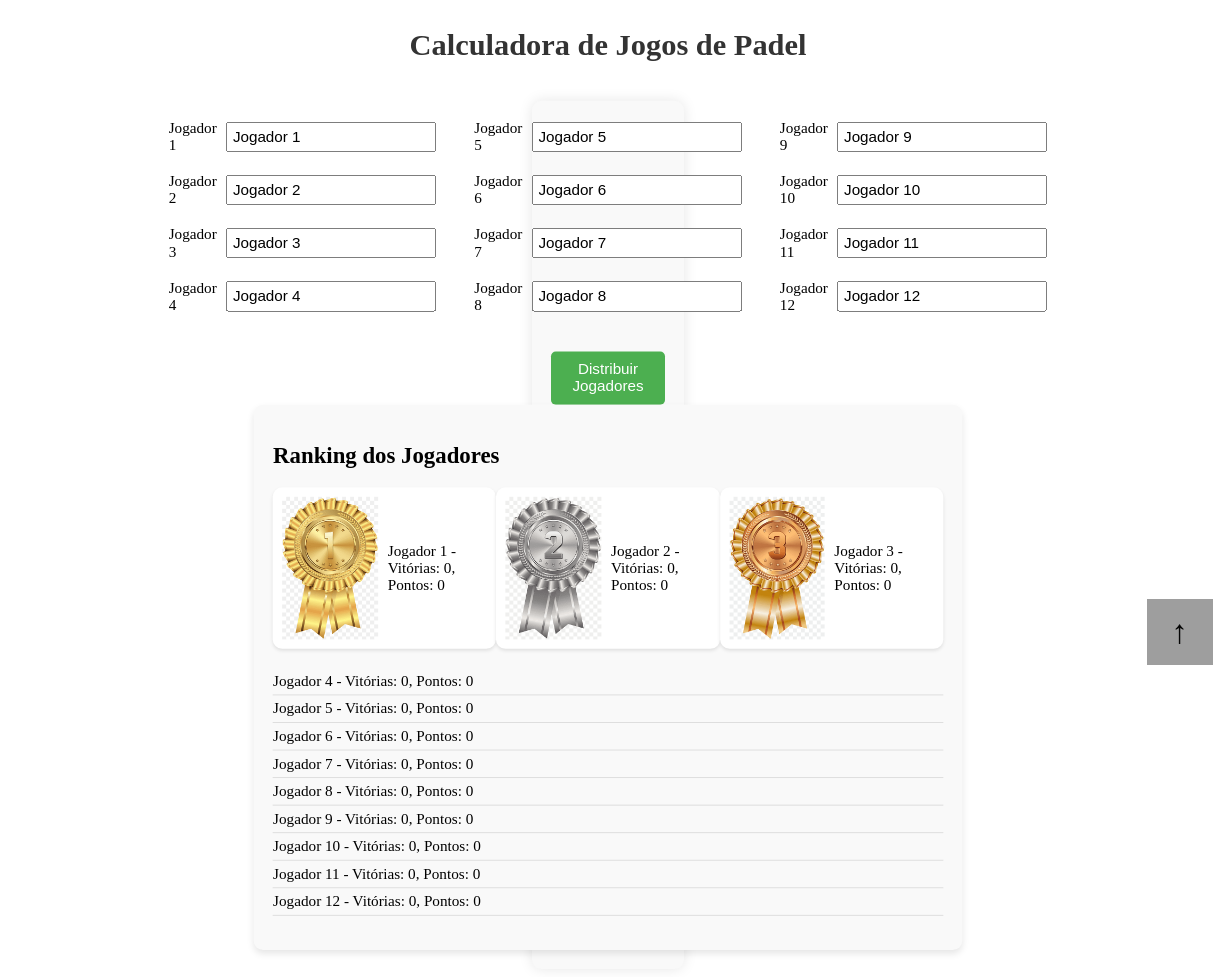
Repository: MarcioMiguel22/PadelMaster
Page: /calculadora
An editor plug-in stored every save of this project. The page is shown before and after the next save, followed by the edit.
The browser window is 1280 px wide. The pictures show the whole page, at 95% of full size.
Pictures or frames that could not be fetched are drawn as grey boxes. The project was rebuilt for these pictures with package versions that can differ from the ones it lists, and the page was loaded fresh each time. Also part of the build but not shown: vite.config.ts, src/pages/Home/Home.tsx, src/components/components_calculadora/Campo.tsx, src/components/components_calculadora/Jogo.tsx, src/index.css.

Above is the page before, as saved 2024-06-14 15:22:15.

After the next save:
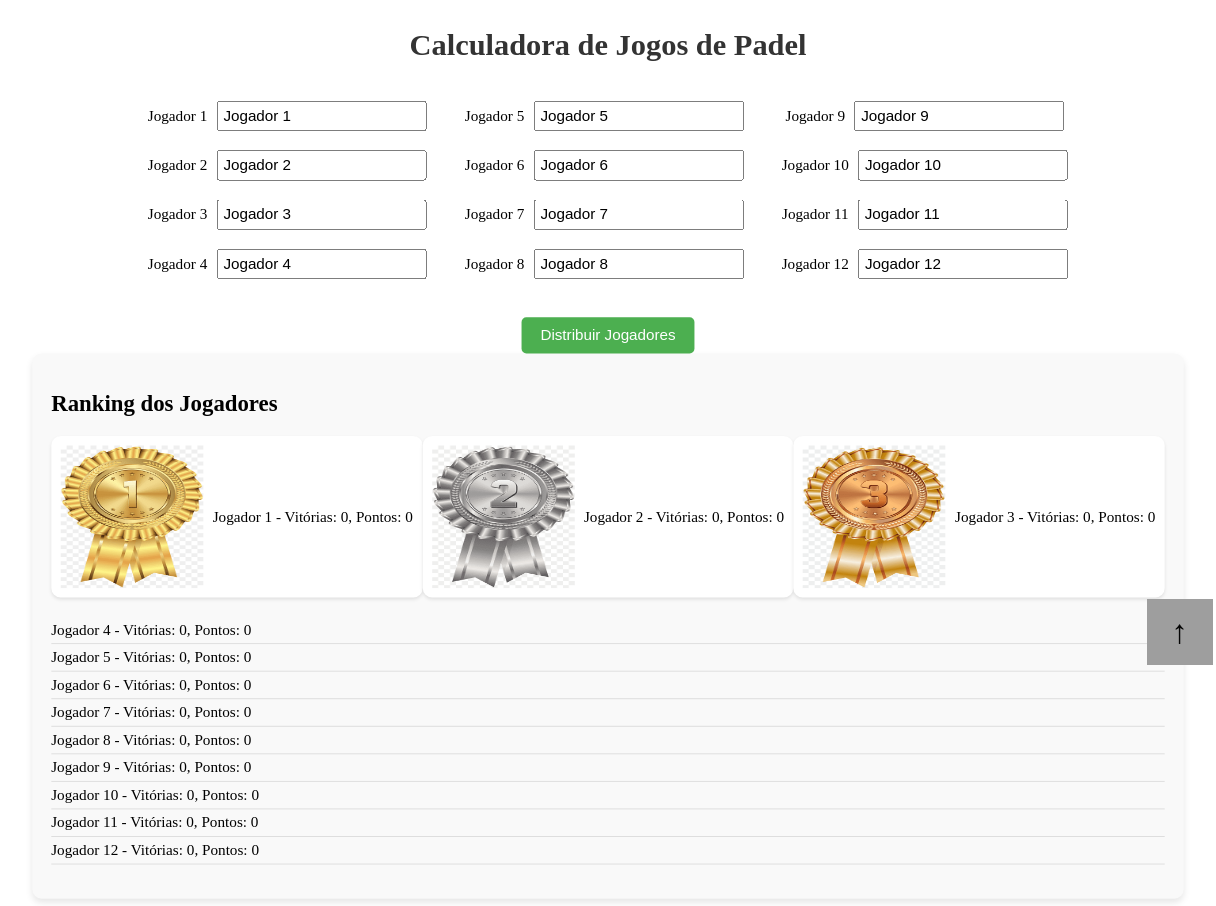
Saved 28 s later.
--- a/src/pages/Calculadora/Calculadora.css
+++ b/src/pages/Calculadora/Calculadora.css
@@ -8,17 +8,10 @@
 }
 
 .main-content {
-  display: flex;
+  /* display: flex;
   flex-direction: column;
   align-items: center;*/
   gap: 20px;
-  width: 90%;
-  max-width: 120px;
-  margin: 0 auto;
-  padding: 20px;
-  background: #f9f9f9;
-  border-radius: 10px;
-  box-shadow: 0 0 15px rgba(0, 0, 0, 0.1);
 }
 
 .jogadores-lista {
